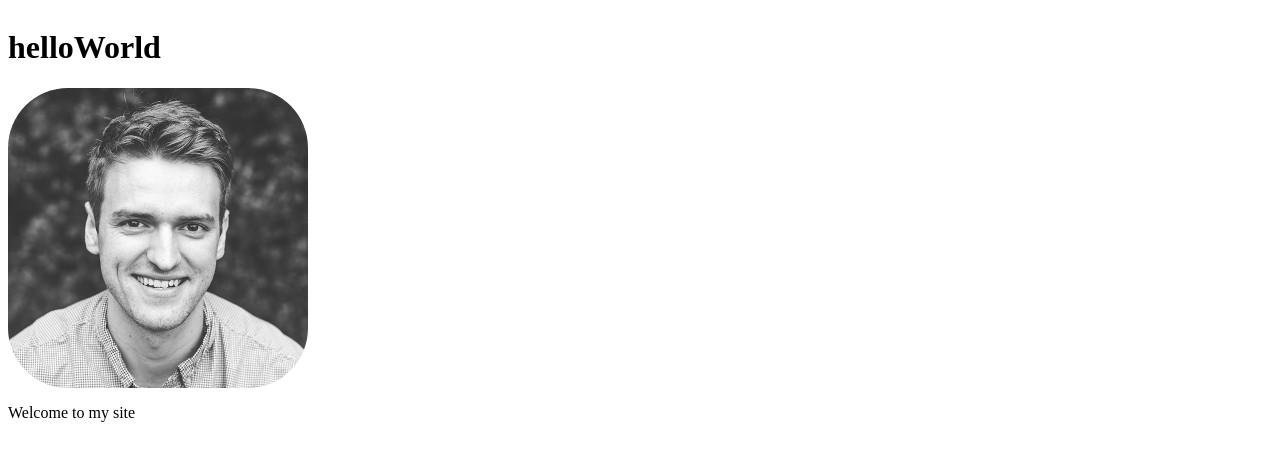
Repository: milespossing/Personal-Page
Page: index.html
These files come from the project's save history. The page is drawn as it stood at one moment and after the next save; the edit follows.
The browser window is 1280 px wide. The pictures show the whole page.

Above is the page before, as saved 2019-09-19 21:04:12.

### index.html
<head>
    <link rel="stylesheet" type="text/css" href="Styles/style.css"/>
</head>
<body>
    <div class="Site-Header">
        <h1>helloWorld</h1>
        <div>
            <img src="Images/simple-headshot.jpeg" class="Display-Picture"/>
        </div>
    </div>
    <p>Welcome to my site</p>
</body>

### Styles/style.css
body {

}

.site-header {
    display: flex;
    flex-direction: column;

}

.display-picture {
    border-radius: 20%;
}

After the next save:
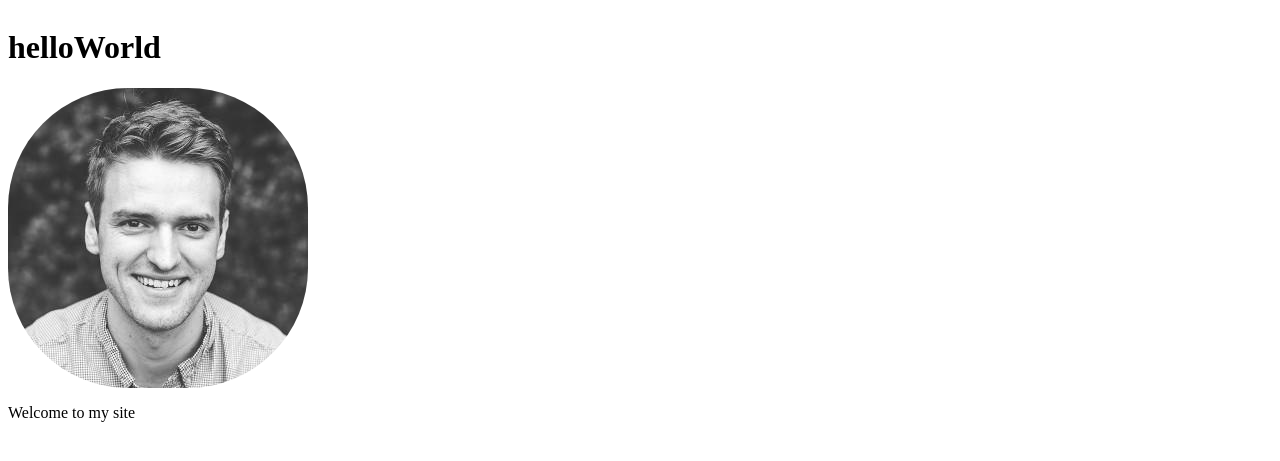
Saved 6 s later.
--- a/Styles/style.css
+++ b/Styles/style.css
@@ -9,5 +9,5 @@ body {
 }
 
 .display-picture {
-    border-radius: 20%;
+    border-radius: 40%;
 }
